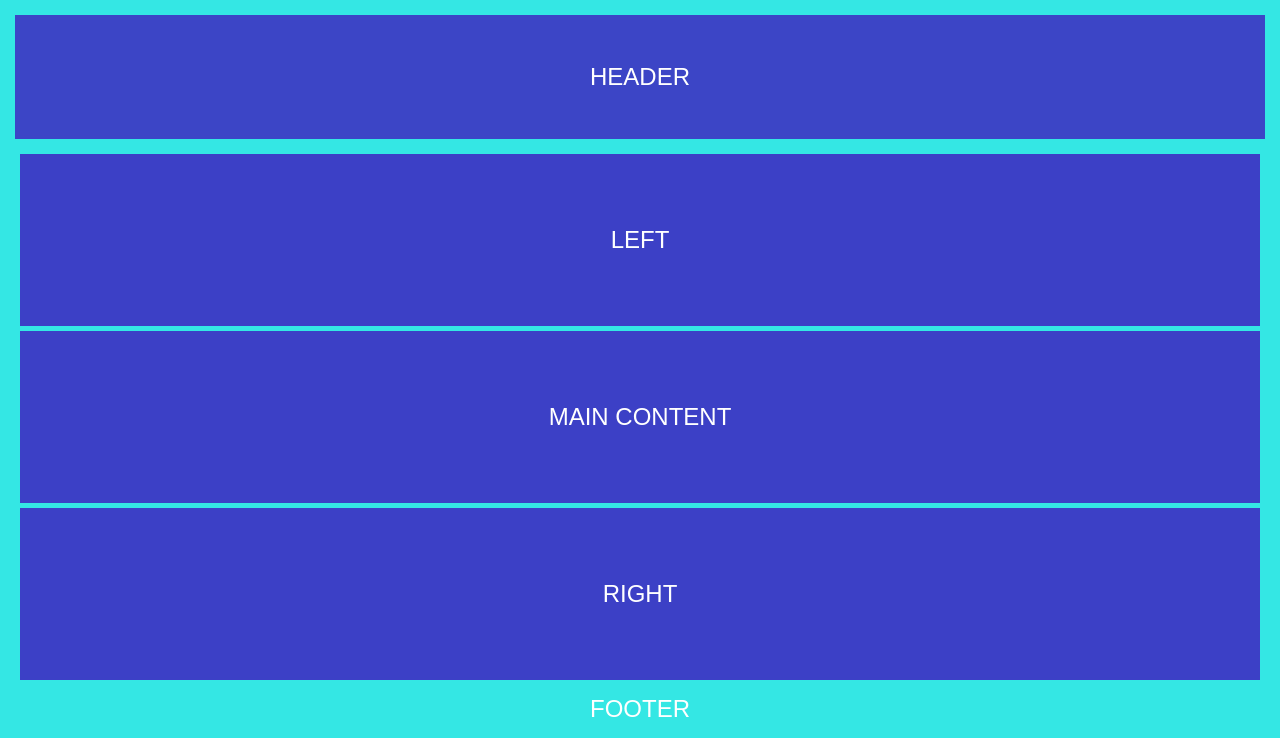
Repository: Badynko/tennis-website
Page: index.html
These files come from the project's save history. The page is drawn as it stood at one moment and after the next save; the edit follows.
The browser window is 1280 px wide. The pictures show the whole page.

Above is the page before, as saved 2024-08-01 19:07:12.

### index.html
<!DOCTYPE html>
<html lang="en">
  <head>
    <meta charset="UTF-8" />
    <meta name="viewport" content="width=device-width, initial-scale=1.0" />
    <title>Výsledky zápasov 2024</title>
    <link rel="stylesheet" href="css/style.css" />
  </head>
  <body>
    <header>HEADER</header>
    <div class="main">
      <aside class="left">LEFT</aside>
      <main>MAIN CONTENT</main>
      <aside class="right">RIGHT</aside>
    </div>
    <footer>FOOTER</footer>
  </body>
</html>

### css/style.css
* {
  margin: 5px;
  box-sizing: border-box;
}

body {
  background: #34e7e4;
  font-family: sans-serif;
  text-align: center;
  color: white;
  font-size: 24px;
  display: flex;
  flex-direction: column;
}

header {
  background: #3c45c6;
  padding: 2em 0 2em 0;
}

.left {
  background: #3c40c6;
  padding: 3em 0 3em 0;
}

main {
  background: #3c40c6;
  padding: 3em 0 3em 0;
}

.right {
  background: #3c40c6;
  padding: 3em 0 3em 0;
}

After the next save:
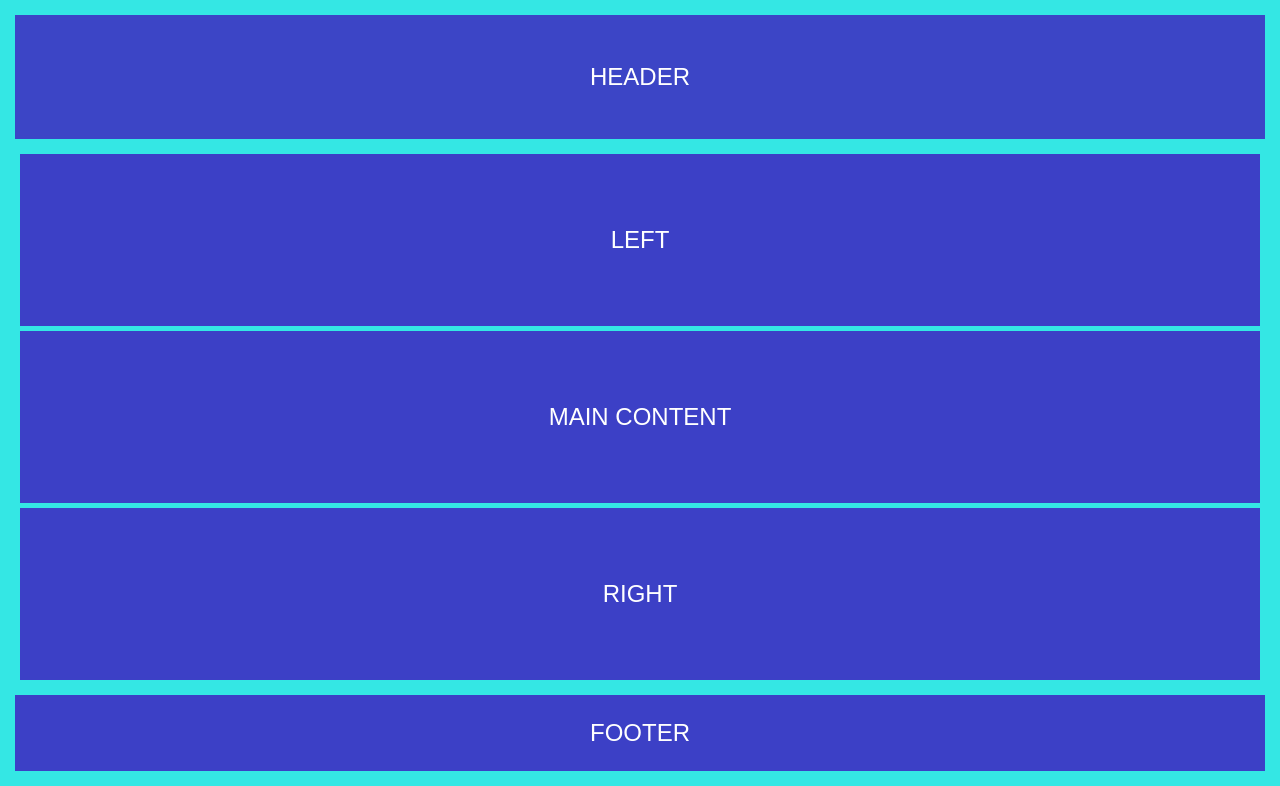
Saved 28 s later.
--- a/css/style.css
+++ b/css/style.css
@@ -32,3 +32,8 @@
   background: #3c40c6;
   padding: 3em 0 3em 0;
 }
+
+footer {
+  background: #3c40c6;
+  padding: 1em 0 1em 0;
+}
